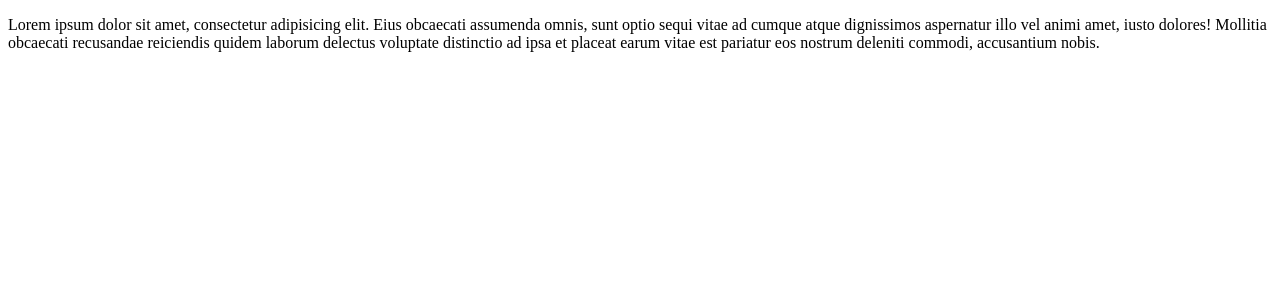
Repository: Matt-F90/mini-project
Page: index.html
The author's editor kept a record of every edit. The page is drawn from the files as they stood at one moment, then again after the next edit.
The browser window is 1280 px wide. The pictures show the whole page.

Above is the page before.

After the next edit:
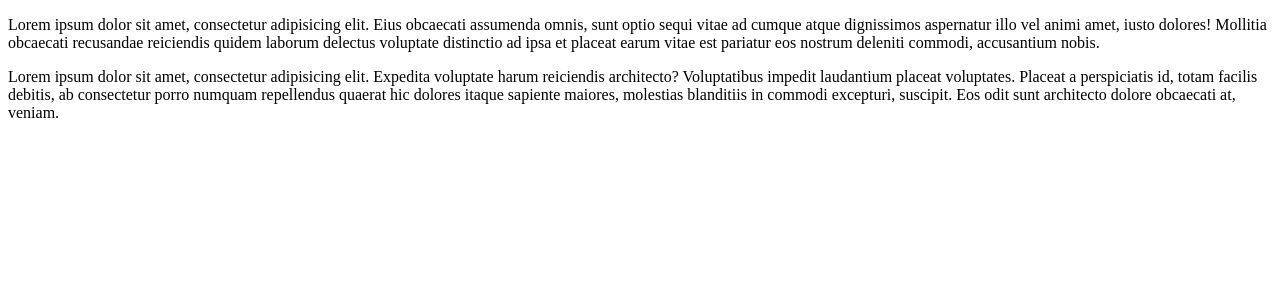
The edit:
--- a/index.html
+++ b/index.html
@@ -18,7 +18,11 @@
                   Lorem ipsum dolor sit amet, consectetur adipisicing elit. Eius obcaecati assumenda omnis, sunt optio sequi vitae ad cumque atque dignissimos aspernatur illo vel animi amet, iusto dolores! Mollitia obcaecati recusandae reiciendis quidem laborum delectus voluptate distinctio ad ipsa et placeat earum vitae est pariatur eos nostrum deleniti commodi, accusantium nobis.
               </p>
           </article>
-          <aside class="aside column colummn-40"></aside>
+          <aside class="aside column colummn-40">
+              <p class="section-paragraph">
+                  Lorem ipsum dolor sit amet, consectetur adipisicing elit. Expedita voluptate harum reiciendis architecto? Voluptatibus impedit laudantium placeat voluptates. Placeat a perspiciatis id, totam facilis debitis, ab consectetur porro numquam repellendus quaerat hic dolores itaque sapiente maiores, molestias blanditiis in commodi excepturi, suscipit. Eos odit sunt architecto dolore obcaecati at, veniam.
+              </p>
+          </aside>
         </section>
 </body>
 </html>
